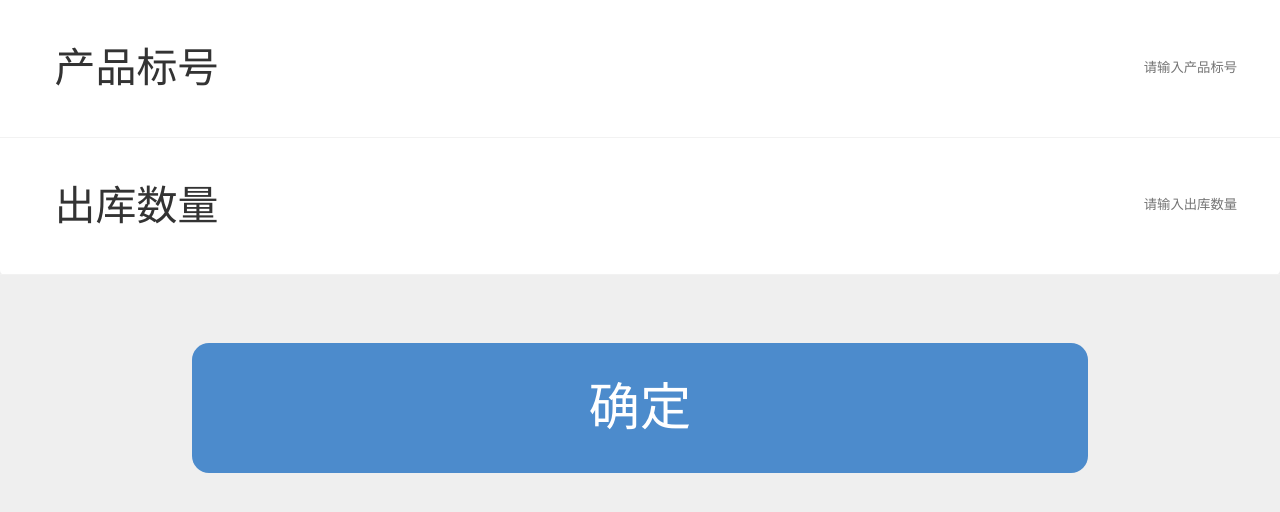
Repository: missing-star/produce
Page: checkout.html
The author's editor kept a copy of each file at every save. The page is drawn from the files as they stood at one save, then again after the next save.
The browser window is 1280 px wide. The pictures show the whole page.

Above is the page before, as saved 2019-05-21 14:18:37.

### checkout.html
<!DOCTYPE html>
<html lang="en">

<head>
    <meta charset="UTF-8">
    <meta content="width=device-width, initial-scale=1.0, maximum-scale=1.0, user-scalable=0;" name="viewport" />
    <meta http-equiv="X-UA-Compatible" content="ie=edge">
    <title>出库</title>
    <link rel="stylesheet" href="css/base.css">
    <link rel="stylesheet" href="css/checkout.css">

</head>

<body>
    <div id="app">
        <div class="content">
            <ul class="content_uu">
                <li>
                    <span>产品标号</span>
                    <input type="text" placeholder="请输入产品标号">
                </li>
                <li>
                    <span>{{isIn ? '入库' : '出库'}}数量</span>
                    <input type="text" :placeholder="'请输入'+(isIn ? '入库' : '出库')+'数量'">
                </li>
            </ul>
            <div class="btn" @click="confirm">确定</div>
        </div>
    </div>
</body>

</html>

<script src="js/jquery.min.js"></script>
<script src="js/vue.js"></script>
<script src="js/api.js"></script>
<script src="js/cheakout.js"></script>

### css/base.css
/* http://meyerweb.com/eric/tools/css/reset/
   v2.0 | 20110126
   License: none (public domain)
*/

html,
body,
div,
span,
applet,
object,
iframe,
h1,
h2,
h3,
h4,
h5,
h6,
p,
blockquote,
pre,
a,
abbr,
acronym,
address,
big,
cite,
code,
del,
dfn,
em,
img,
ins,
kbd,
q,
s,
samp,
small,
strike,
strong,
sub,
sup,
tt,
var,
b,
u,
i,
center,
dl,
dt,
dd,
ol,
ul,
li,
fieldset,
form,
label,
legend,
table,
caption,
tbody,
tfoot,
thead,
tr,
th,
td,
article,
aside,
canvas,
details,
embed,
figure,
figcaption,
footer,
header,
hgroup,
menu,
nav,
output,
ruby,
section,
summary,
time,
mark,
audio,
video {
    margin: 0;
    padding: 0;
    border: 0;
    font-size: 100%;
    font: inherit;
    vertical-align: baseline;
}

/* HTML5 display-role reset for older browsers */
article,
aside,
details,
figcaption,
figure,
footer,
header,
hgroup,
menu,
nav,
section {
    display: block;
}

body {
    line-height: 1;
}

ol,
ul {
    list-style: none;
}

blockquote,
q {
    quotes: none;
}

blockquote:before,
blockquote:after,
q:before,
q:after {
    content: '';
    content: none;
}

table {
    border-collapse: collapse;
    border-spacing: 0;
}


body,
html {
    font-size: calc(100vw / 3.75);
    background: #efefef;
    font-family: PingFangSC-Regular;
}


[v-cloak] {
    display: none;
}


hr {
    margin: 0;
    padding: 0;
}

/* .container {
    width: 90%;
    max-width: 1200px;
    margin: 0 auto;
} */

.toast-tips {
    width: 36%;
    background: #323232;
    color: #fff;
    font-size: 12px;
    position: fixed;
    padding: 8px 20px;
    border-radius: 5px;
    left: 32%;
    bottom: 50%;
    text-align: center;
    box-sizing: border-box;
    line-height: 1.5;
}

input::-webkit-outer-spin-button,
input::-webkit-inner-spin-button {
    -webkit-appearance: none;
}

input[type="number"] {
    -moz-appearance: textfield;
}
*{
    touch-action: none;
}

### css/checkout.css
.content_uu {
    width: 100%;
    background: rgba(255, 255, 255, 1);
    border-radius: 0px 0px 5px 5px;
}

.content_uu li {
    font-size: 0.12rem;
    font-family: PingFangSC-Regular;
    font-weight: 400;
    color: rgba(51, 51, 51, 1);
    display: flex;
    justify-content: space-between;
    align-items: center;
    padding: 0 0.12rem 0 0.16rem;
    border-bottom: 1px solid #F2F2F2;
    line-height: 0.4rem;
}

.content_uu li span:nth-child(2) {
    color: #868686;
}

.btn {
    width: 70%;
    height: 0.38rem;
    line-height: 0.38rem;
    text-align: center;
    background: rgba(76, 139, 204, 1);
    border-radius: 0.05rem;
    font-size: 0.15rem;
    color: rgba(255, 255, 255, 1);
    margin: 0.2rem auto 0;
}

.content_uu li input {
    border: 0;
    background: transparent;
    outline: none;
    line-height: 0.36rem;
    text-align: right;
}

### js/api.js
var api = "http://caigou.pzhkj.cn"




function getUrlKey(name) {
    return decodeURIComponent((new RegExp('[?|&]' + name + '=' + '([^&;]+?)(&|#|;|$)').exec(location.href) || [, ""])[1].replace(/\+/g, '%20')) || null
}

// 信息提示框
function toast(msg) {
    var toastWrapper = '<div class="toast-tips">'+msg+'</div>';
    $('body').append(toastWrapper);
    setTimeout(function() {
        $('.toast-tips').fadeOut(1000);
        setTimeout(function(){
        $('.toast-tips').remove();
        }, 1000);
    }, 500);
}
// 混入过滤器
Vue.mixin({
    filters:{
        filterImg(url) {
            return api+url;
        }
    }
});

### js/cheakout.js
new Vue({
    el:'#app',
    data:{
        // 是否为入库
        isIn:false,
        number:'',
        orderSn:''
    },
    methods: {
        // 确认入库 / 出库
        confirm(){
            var regNum = /^[1-9]+([0-9]*)([0-9]?)$/;
            if(this.orderSn.trim() == '') {
                toast('请输入产品标号!');
                return;
            }
            else if(!regNum.test(this.number)) {
                toast('请输入正确的数量!');
                return;
            }
            var url = api;
            if(this.isIn) {
                url += '/api/stock/inSystem';
            }
            else {
                url += '/api/stock/outSystem';
            }
            $.post(url,{
                order_id:getUrlKey('id'),
                qty:this.number,
                token:sessionStorage.getItem('token')
            },(data) => {
                toast(data.msg);
            },'json')
            .fail(err => {

            });
        }
    },
    created() {
        if(getUrlKey('type') == 'in'){
            this.isIn = true;
        }
    }
});

Loaded but not shown: js/jquery.min.js (library); js/vue.js (library)

After the next save:
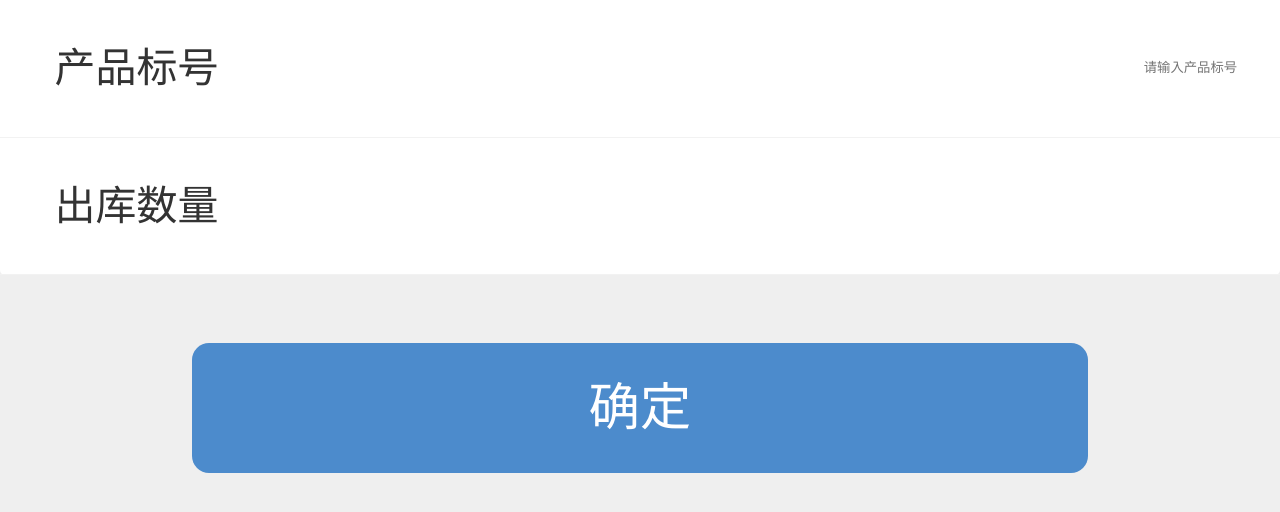
Saved 48 s later.
--- a/checkout.html
+++ b/checkout.html
@@ -17,11 +17,11 @@
             <ul class="content_uu">
                 <li>
                     <span>产品标号</span>
-                    <input type="text" placeholder="请输入产品标号">
+                    <input v-model="orderSn" type="text" placeholder="请输入产品标号">
                 </li>
                 <li>
-                    <span>{{isIn ? '入库' : '出库'}}数量</span>
-                    <input type="text" :placeholder="'请输入'+(isIn ? '入库' : '出库')+'数量'">
+                    <span>出库数量</span>
+                    <input v-model="number" type="number" :placeholder="请输入出库数量">
                 </li>
             </ul>
             <div class="btn" @click="confirm">确定</div>

After the save that followed:
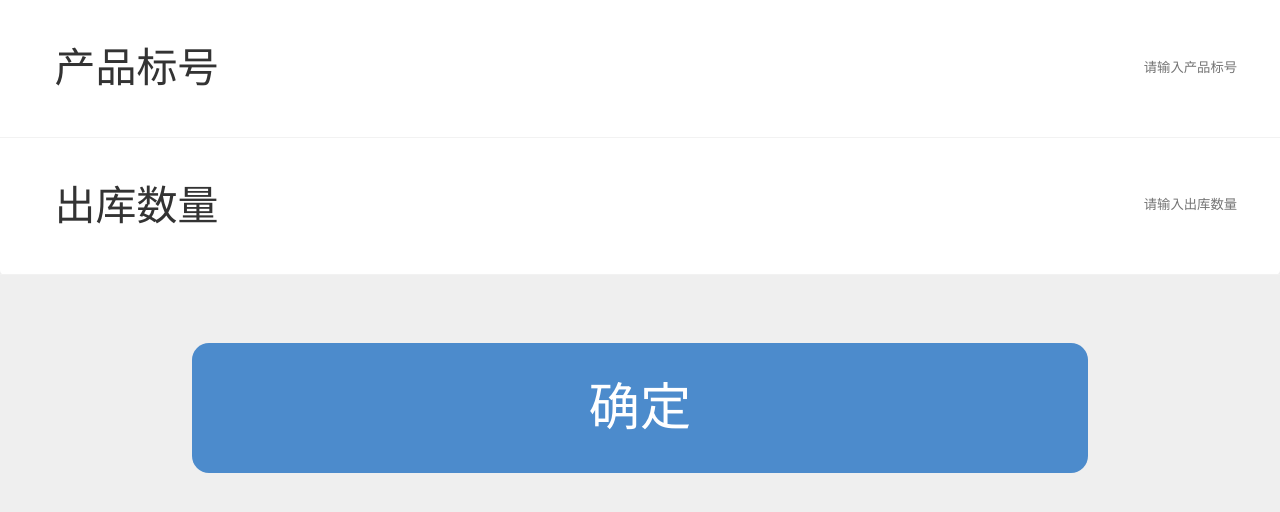
Saved 8 s later.
--- a/checkout.html
+++ b/checkout.html
@@ -21,7 +21,7 @@
                 </li>
                 <li>
                     <span>出库数量</span>
-                    <input v-model="number" type="number" :placeholder="请输入出库数量">
+                    <input v-model="number" type="number" placeholder="请输入出库数量">
                 </li>
             </ul>
             <div class="btn" @click="confirm">确定</div>
